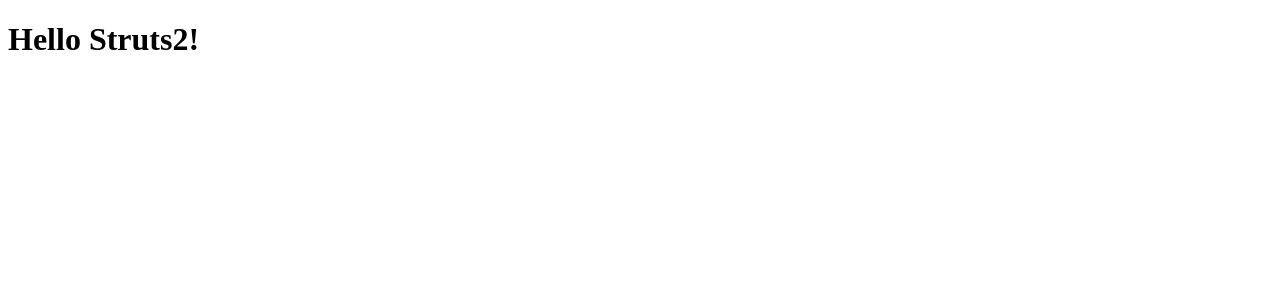
Repository: kf3225/backup
Page: http://localhost/WebProj/hello.jsp
An editor plug-in stored every save of this project. The page is shown before and after the next save, followed by the edit.
The browser window is 1280 px wide. The pictures show the whole page.
The page is served by Tomcat 9. Other server files are loaded and not shown.

Above is the page before, as saved 2018-01-12 07:02:05.

### WebProj/WebContent/hello.jsp
<%@ page language="java" contentType="text/html; charset=UTF-8"
pageEncoding="UTF-8"%>
<%@ taglib prefix="s" uri="/struts-tags"%>

<!DOCTYPE html>
<html lang="ja">
	<head>
		<meta charset="UTF-8">
		<title>HelloStruts</title>
	</head>
	<body>
		<h1>Hello Struts2!</h1>
	</body>
</html>

After the next save:
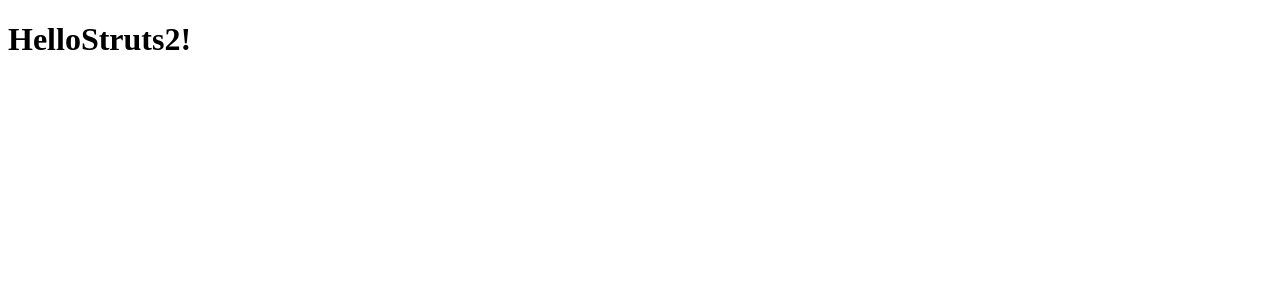
Saved 35 s later.
--- a/WebProj/WebContent/hello.jsp
+++ b/WebProj/WebContent/hello.jsp
@@ -1,14 +1,12 @@
-<%@ page language="java" contentType="text/html; charset=UTF-8"
-pageEncoding="UTF-8"%>
+<%@ page language="java" contentType="text/html; charset=UTF-8" pageEncoding="UTF-8"%>
 <%@ taglib prefix="s" uri="/struts-tags"%>
-
 <!DOCTYPE html>
-<html lang="ja">
-	<head>
-		<meta charset="UTF-8">
-		<title>HelloStruts</title>
-	</head>
-	<body>
-		<h1>Hello Struts2!</h1>
-	</body>
+<html>
+<head>
+<meta charset="utf-8">
+<title>HelloStruts</title>
+</head>
+<body>
+<h1>HelloStruts2!</h1>
+</body>
 </html>
